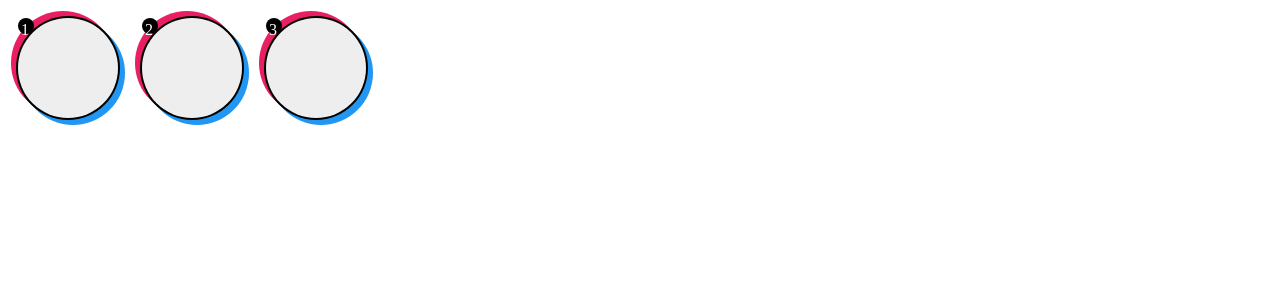
Repository: Body789/CSS_ELZERO
Page: Assignments/Assigmennt_10/Assignment_1/index.html
These files come from the project's save history. The page is drawn as it stood at one moment and after the next save; the edit follows.
The browser window is 1280 px wide. The pictures show the whole page.

Above is the page before, as saved 2022-09-18 12:05:17.

### Assignments/Assigmennt_10/Assignment_1/index.html
<!DOCTYPE html>
<html lang="en">
<head>
  <meta charset="UTF-8">
  <title>Ass_10_1</title>
  <link rel="stylesheet" href="Css/style.css">
</head>
<body>
  <div></div>
  <div></div>
  <div></div>
</body>
</html>

### Assignments/Assigmennt_10/Assignment_1/Css/style.css
div {
  box-shadow:
    0px 0px 0px 2px black,
    -5px -5px 0px 2px #e91e63,
    5px 5px 0px 2px #2196f3;
  width: 100px;
  height: 100px;
  display: inline-block;
  background-color: #eee;
  border-radius: 50px;
  margin: 10px;
  counter-increment: num;
}

div::after {
  content: counter(num);
  color: white;
  background-color: black;
  width: 10px;
  height: 10px;
  border-radius: 50%;
  padding: 3px;
  position: absolute;
}

After the next save:
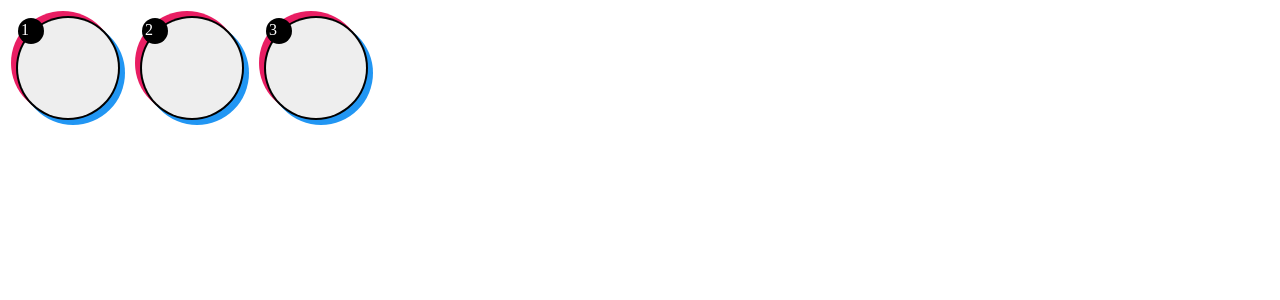
Saved 15 s later.
--- a/Assignments/Assigmennt_10/Assignment_1/Css/style.css
+++ b/Assignments/Assigmennt_10/Assignment_1/Css/style.css
@@ -16,8 +16,8 @@ div::after {
   content: counter(num);
   color: white;
   background-color: black;
-  width: 10px;
-  height: 10px;
+  width: 20px;
+  height: 20px;
   border-radius: 50%;
   padding: 3px;
   position: absolute;
